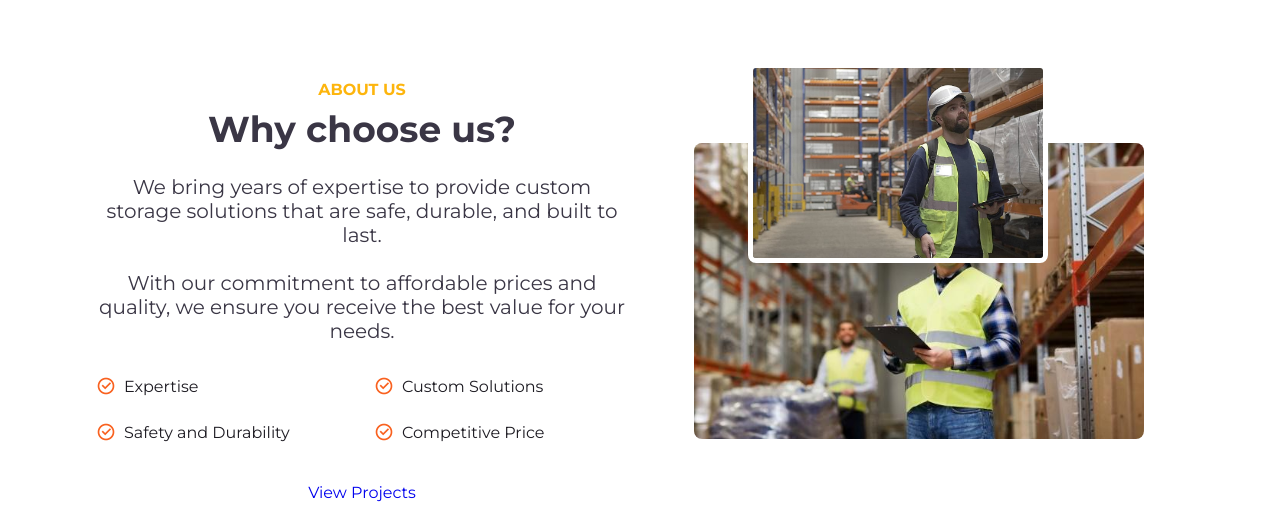
Repository: jahatesu/shelves-and-storage-equipment
Page: index.html
The author's editor kept a copy of each file at every save. The page is drawn from the files as they stood at one save, then again after the next save.
The browser window is 1280 px wide. The pictures show the part of the page from y = 720 to 1238 px (the page is 1238 px tall).
Backgrounds fixed to the window are drawn as part of the page. Some web fonts or font styles are not loaded; a fallback is used.

Above is the page before, as saved 2025-01-08 15:44:35.
Console error: TypeError: Cannot read properties of null (reading 'querySelector')

After the next save:
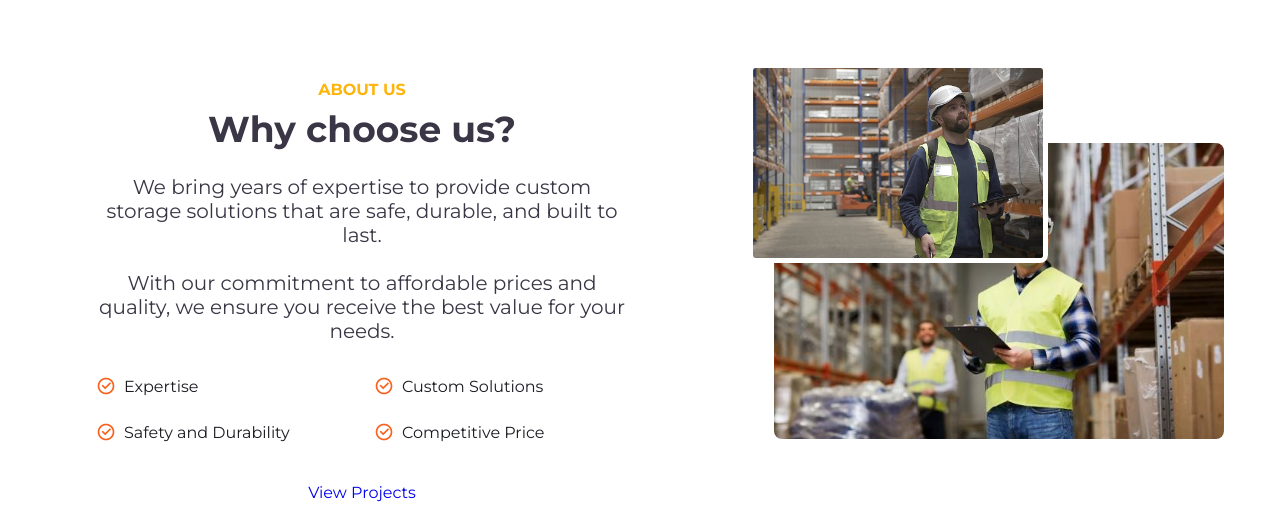
Saved 5 s later.
--- a/style.css
+++ b/style.css
@@ -408,7 +408,7 @@ header {
 
 .about_img2 {
     width: 450px;
-    margin-right: 2.5rem;
+    margin-right: -2.5rem;
 }
 
 /* Responsive Design */
